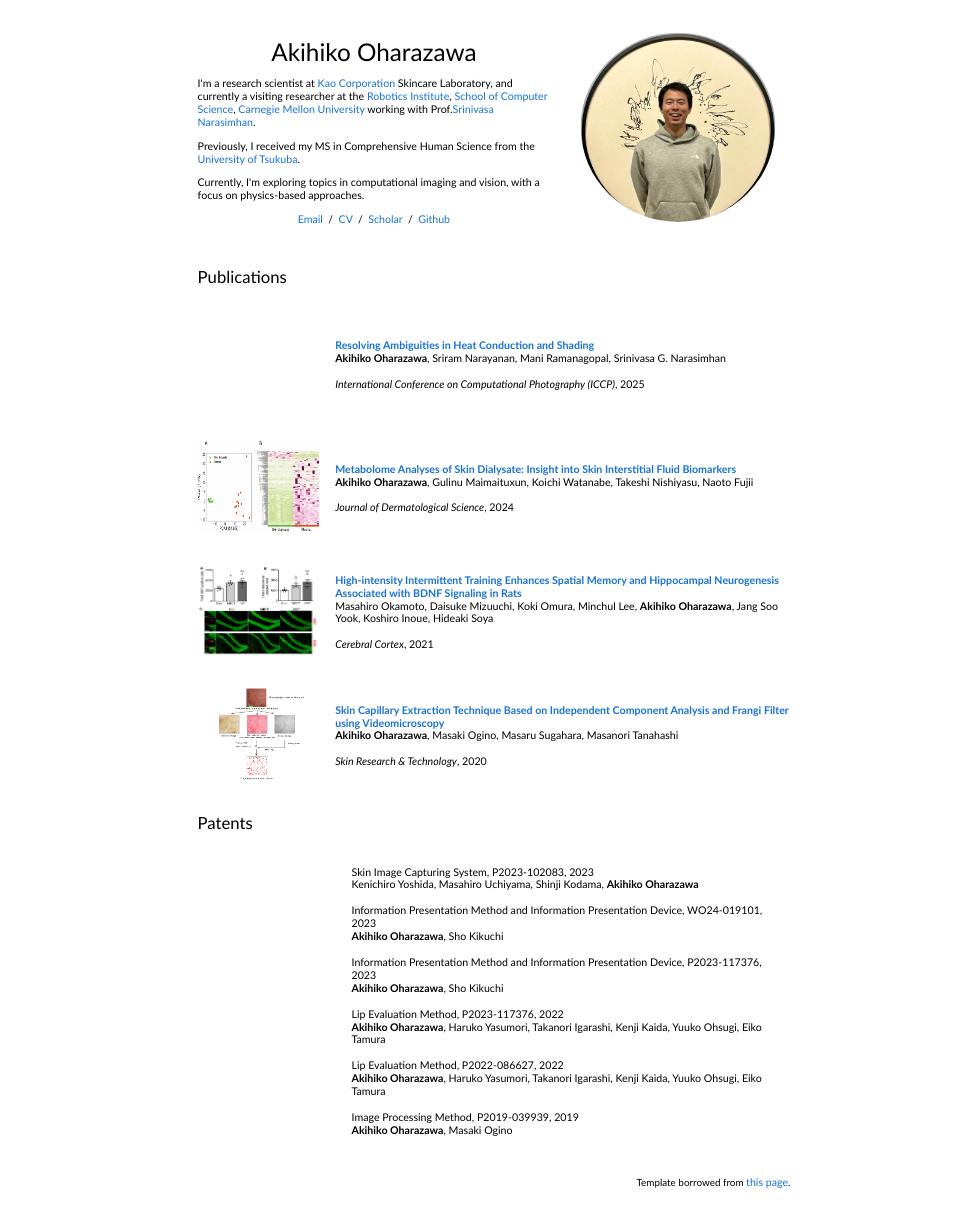
Repository: akihikooharazawa/akihikooharazawa.github.io
Page: index.html
The author's editor kept a copy of each file at every save. The page is drawn from the files as they stood at one save, then again after the next save.
The browser window is 1280 px wide. The pictures show the whole page, at 76% of full size.
Pictures or frames that could not be fetched are drawn as grey boxes.

Above is the page before, as saved 2025-07-25 11:24:09.

After the next save:
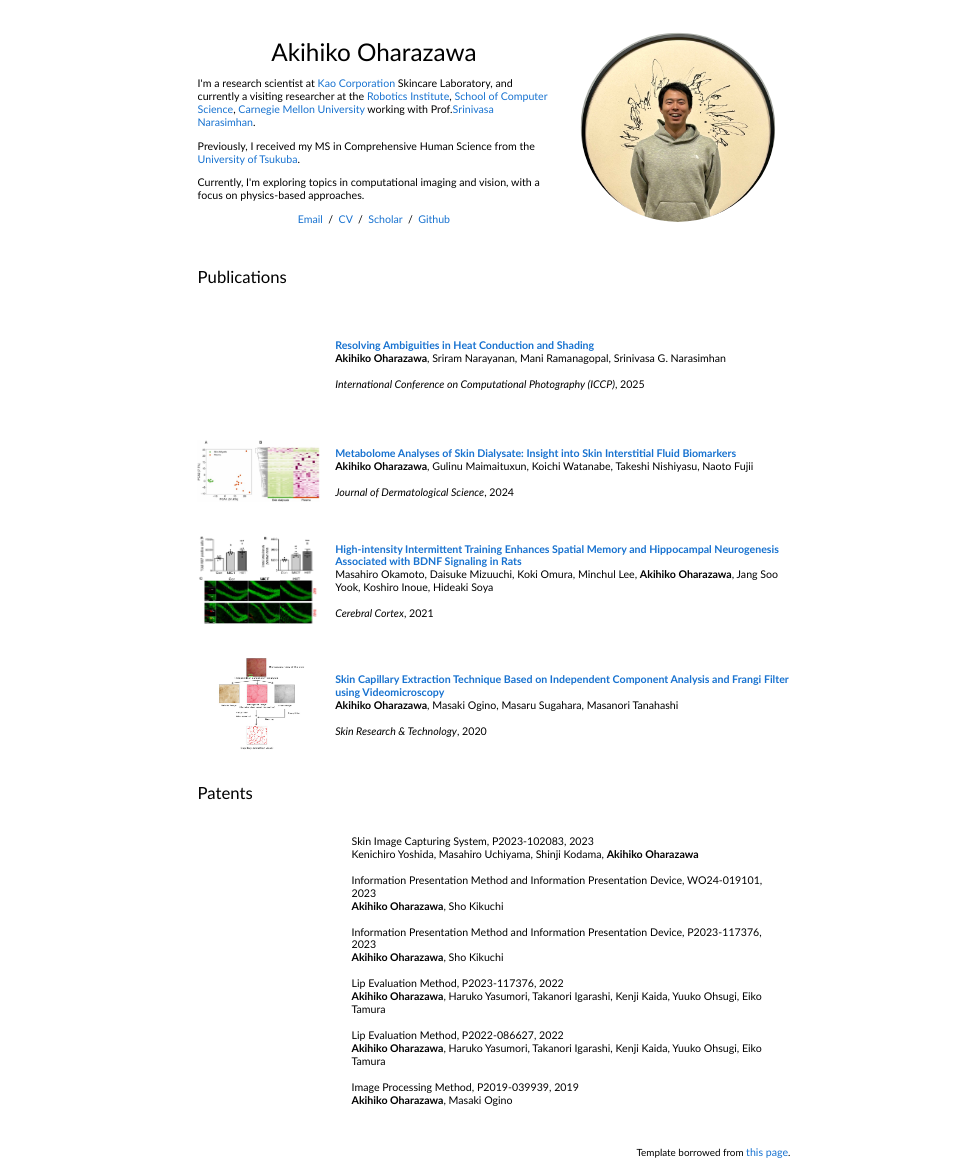
Saved 49 s later.
--- a/index.html
+++ b/index.html
@@ -87,7 +87,7 @@
             <!-- JDS 2025 -->
             <tr>
               <td style="padding:20px;width:25%;vertical-align:middle">
-                <img src="images/isf_metabolomics.jpg" alt="isf_metabolomics" width="160" height="120" style="border-style: none">
+                <img src="images/isf_metabolomics.jpg" alt="isf_metabolomics" width="160" style="border-style: none">
               </td>
               <td width="75%" valign="middle">
                 <a href="https://www.jdsjournal.com/article/S0923-1811(24)00066-5/fulltext">
